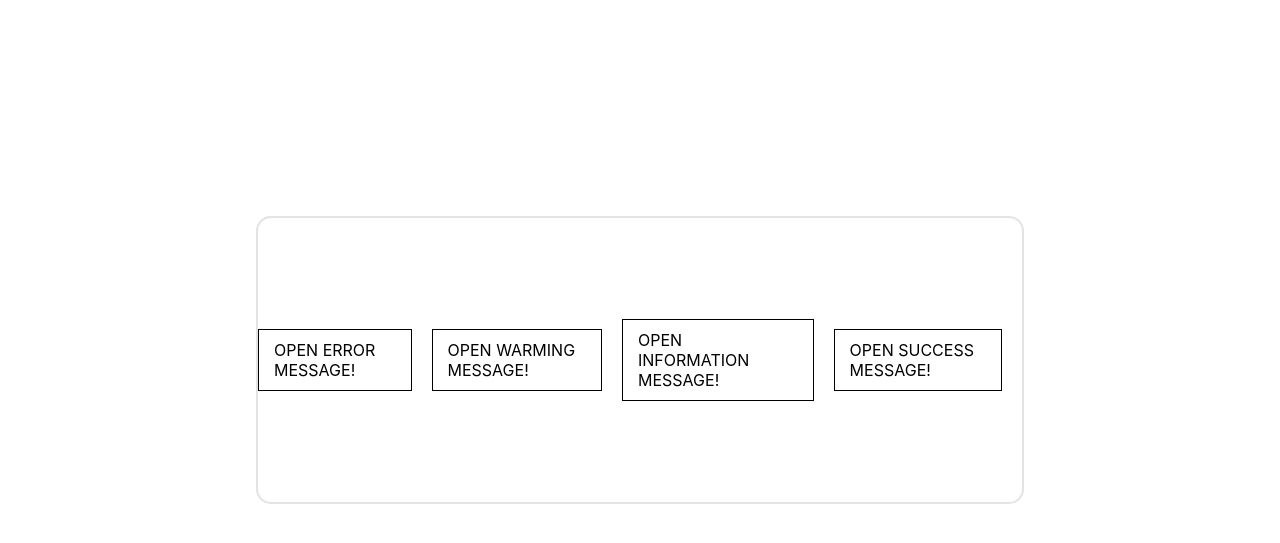
Repository: KrzysKolo/sr_tydzien5_zad2
Page: /
These files come from the project's save history. The page is drawn as it stood at one moment and after the next save; the edit follows.
The browser window is 1280 px wide. The pictures show the whole page.
The project was rebuilt for these pictures with package versions that can differ from the ones it lists, and the page was loaded fresh each time.

Above is the page before, as saved 2020-12-21 16:41:22.

After the next save:
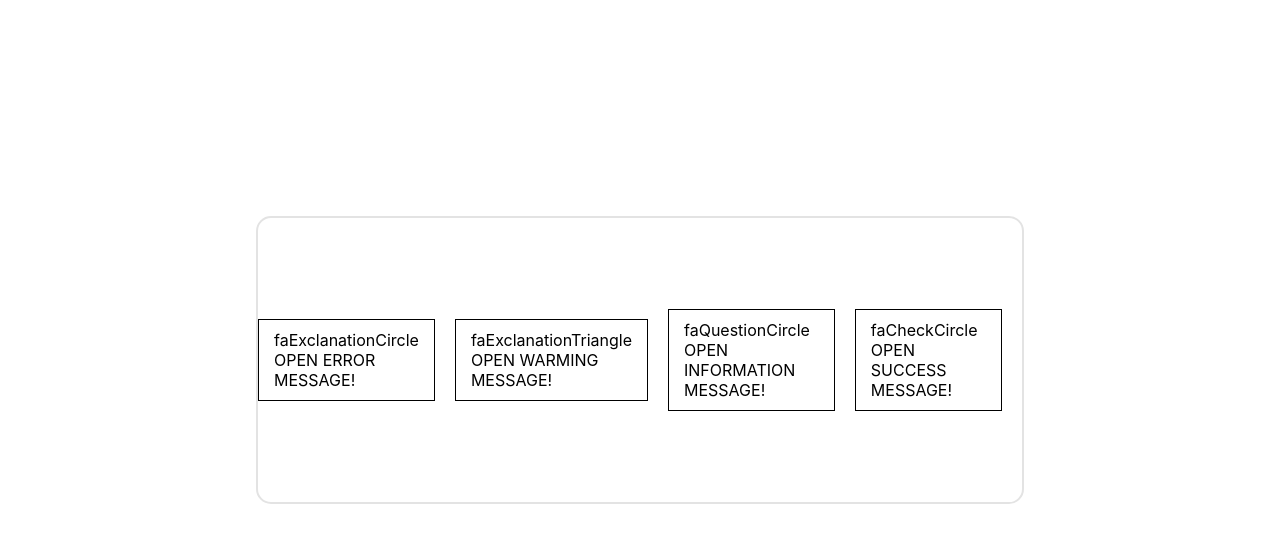
Saved 41 s later.
--- a/src/components/Button.js
+++ b/src/components/Button.js
@@ -7,7 +7,7 @@ const Button = ({data}) => {
 
     return (
         <div className="btn">
-            <FontAwesomeIcon icon={data.icon} />{data.name}
+            <FontAwesomeIcon icon={data.icon} />{data.icon} {data.name}
         </div>
     )
 }

After the save that followed:
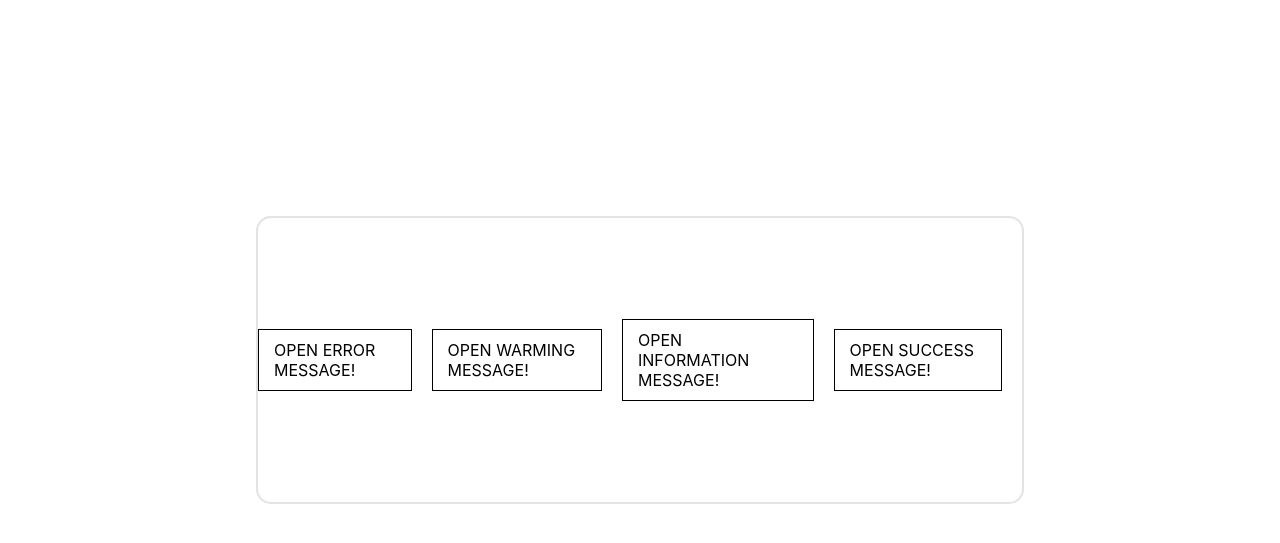
Saved 50 s later.
--- a/src/components/Button.js
+++ b/src/components/Button.js
@@ -7,7 +7,7 @@ const Button = ({data}) => {
 
     return (
         <div className="btn">
-            <FontAwesomeIcon icon={data.icon} />{data.icon} {data.name}
+            <FontAwesomeIcon>{data.icon} </FontAwesomeIcon>{data.name}
         </div>
     )
 }
